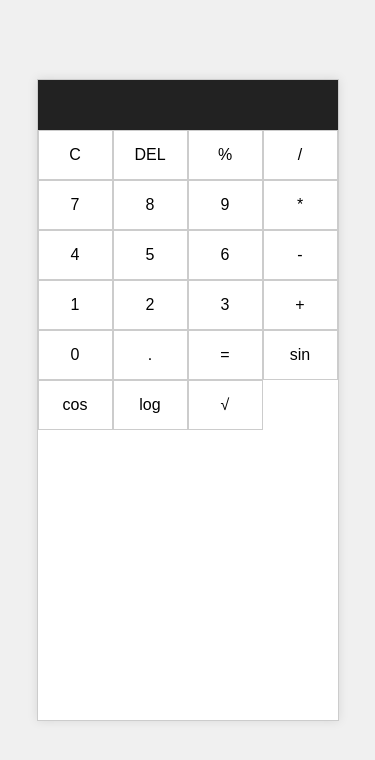
Repository: JuliusMonday/myCalculator
Page: index.html
An editor plug-in stored every save of this project. The page is shown before and after a run of saves, followed by the edit.
The browser window is 375 px wide. The pictures show the whole page.

Above is the page before, as saved 2024-05-31 08:16:53.

After the next 2 saves:
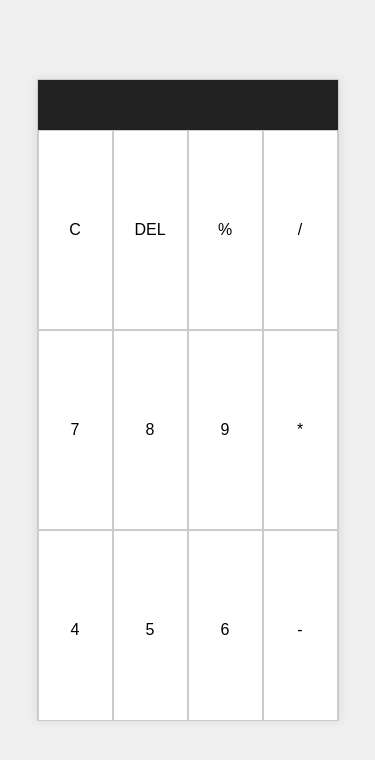
The 2 saves are shown as one change because they came seconds apart.
The last was saved 8 s later.
--- a/styles.css
+++ b/styles.css
@@ -72,7 +72,7 @@ button:active {
     button {
         padding: 15px;
         font-size: 16px;
-        height: ;
+        height: 200px;
     }
 
 }
